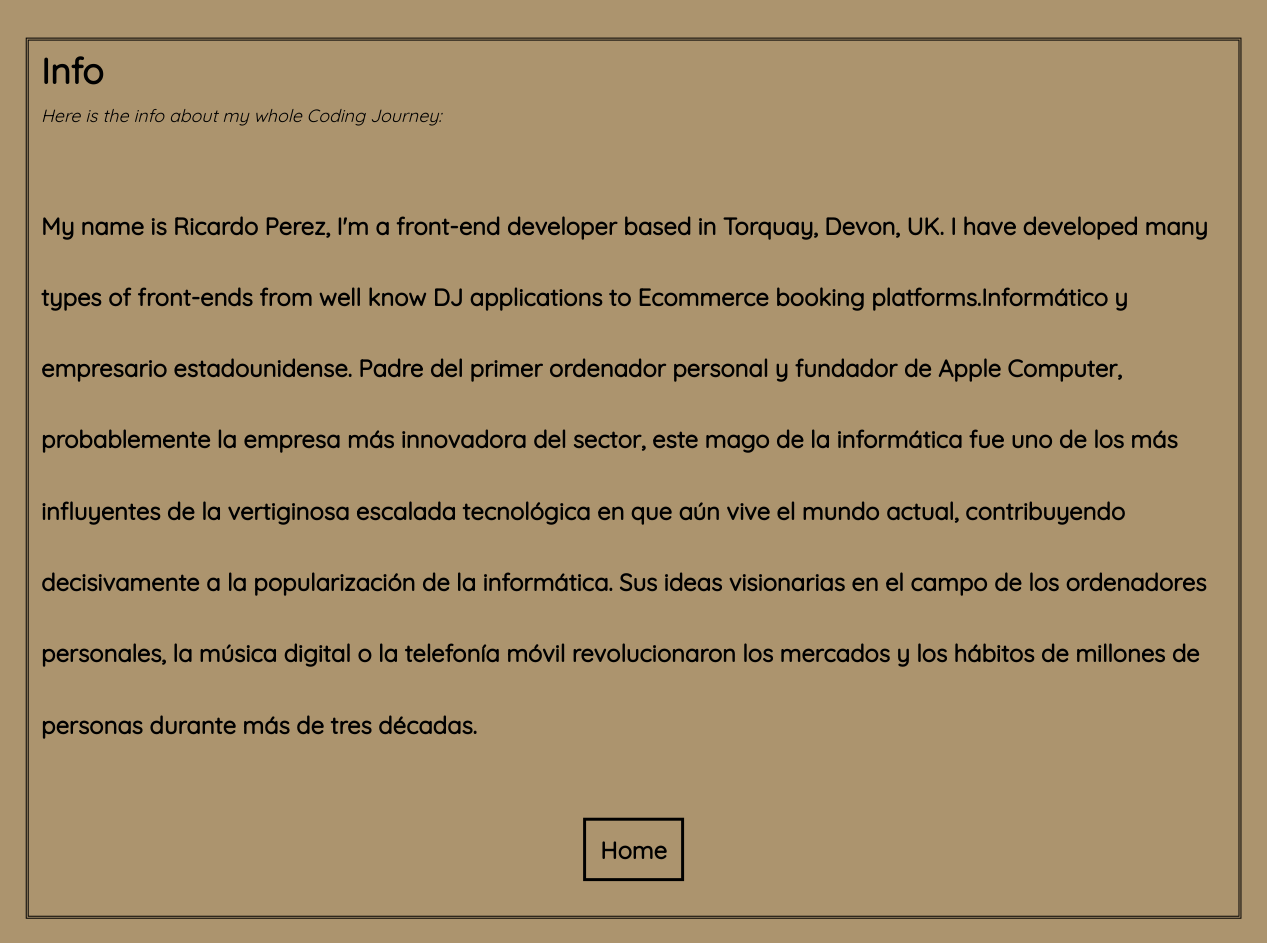
Repository: rickypcyt/ricky-react-portfolio
Page: /Info
These files come from the project's save history. The page is drawn as it stood at one moment and after a run of saves; the edit follows.
The browser window is 1280 px wide. The pictures show the whole page, at 99% of full size.
The project was rebuilt for these pictures with package versions that can differ from the ones it lists, and the page was loaded fresh each time. Also part of the build but not shown: src/Content.js, src/pages/Projects.js, src/pages/Contact.js, src/pages/WebMural.js, src/pages/NotesJS.js.

Above is the page before, as saved 2022-09-12 18:20:07.

After the next 2 saves:
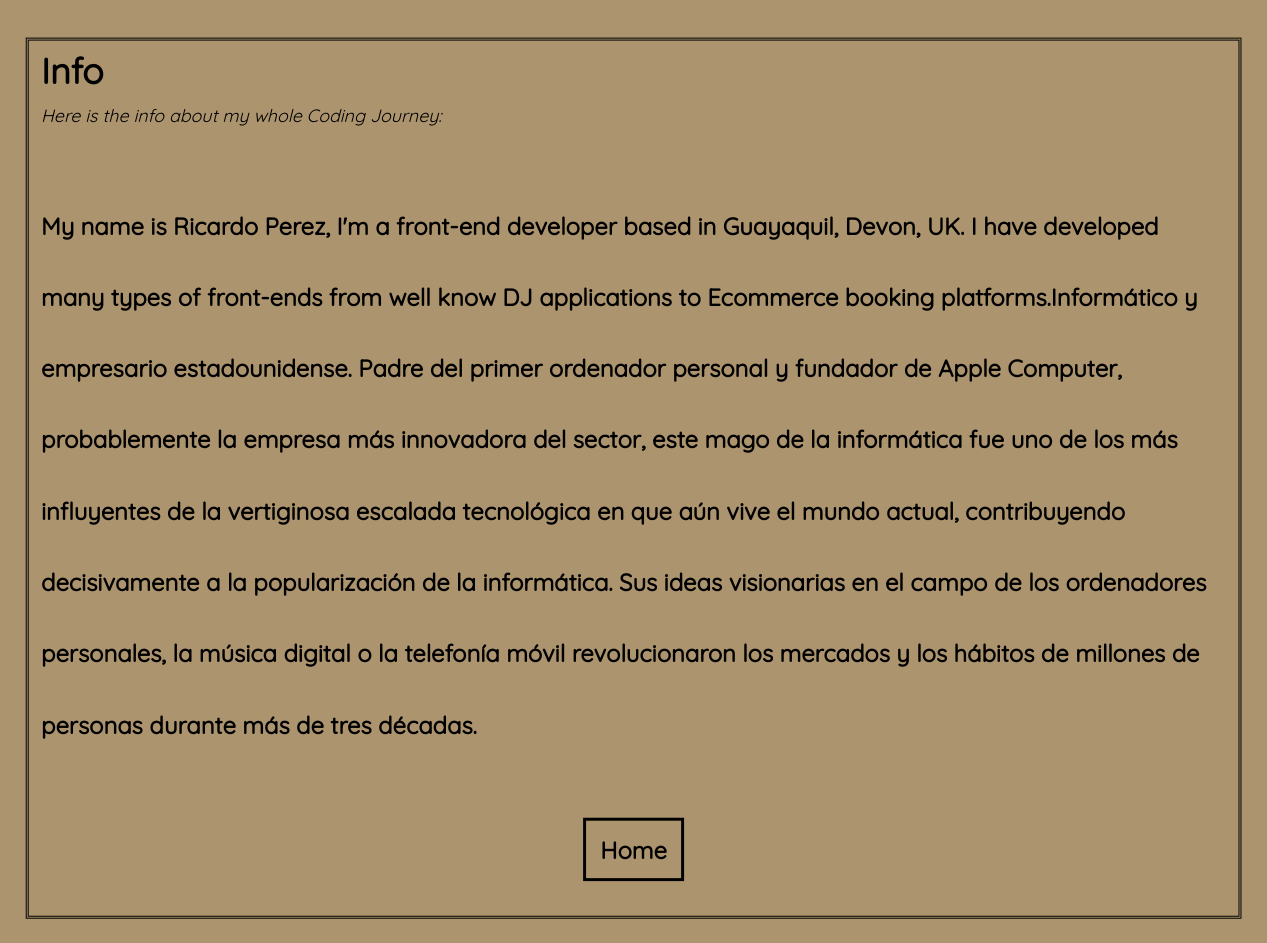
The 2 saves are shown as one change because they came seconds apart.
The last was saved 9 s later.
--- a/src/pages/Info.js
+++ b/src/pages/Info.js
@@ -14,7 +14,7 @@ export default function Info() {
             <div className="homeinfo">
               <p>
                 My name is Ricardo Perez, I'm a front-end developer based in
-                Torquay, Devon, UK. I have developed many types of front-ends
+                Guayaquil, Devon, UK. I have developed many types of front-ends
                 from well know DJ applications to Ecommerce booking
                 platforms.Informático y empresario estadounidense. Padre del
                 primer ordenador personal y fundador de Apple Computer,
